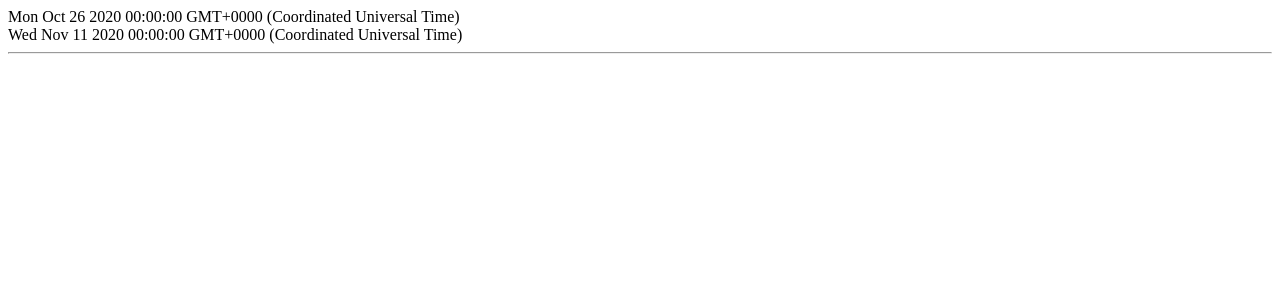
Repository: TeoNogueira/Aulas-Udemy-DevFull-Stack-Por-Jamilton-Damasceno-e-Jorge-Sant-Ana-
Page: public_project/JavaScript/function_native_datas.html
These files come from the project's save history. The page is drawn as it stood at one moment and after a run of saves; the edit follows.
The browser window is 1280 px wide. The pictures show the whole page.

Above is the page before, as saved 2020-10-26 19:58:34.

### public_project/JavaScript/function_native_datas.html
<!DOCTYPE html>
<html lang="PT_BR">
<head>
    <meta charset="UTF-8">
    <meta name="viewport" content="width=device-width, initial-scale=1.0">
    <title>Desafio</title>


    <script class="">

   //     var data = new Date()

   //  document.write(data.getDate())

   //var data = new Date()
// document.write(data.getDate() + '/' + (data.getMonth() + 1 + '/' + data.getFullYear()))

 // adicionar / remover dias

/*
 var data = new Date()

document.write(data.toString())

data.setDate(data.getDate() + 1) // adicionando dias para a data atual

document.write('<hr />')

document.write(data.toString())

document.write('<br />' + '<br />' + '<br />')
// --------------x-----------x-------------x----------------------------------------------------------------




var data = new Date()

document.write(data.toString())

data.setMonth(data.getMonth() + 2) // adicionando meses para a data atual

document.write('<hr />')

document.write(data.toString())

document.write('<br />' + '<br />' + '<br />')
//----------x-----------------------------------------------x----------------------------------x



var data = new Date()

document.write(data.toString())

data.setFullYear(data.getFullYear() + 1) // adicionando dias para a data atual

document.write('<hr />')

document.write(data.toString())

document.write('<br />' + '<br />' + '<br />')
// --------------x-----------x-------------x----------------------------------------------------------------


*/

// 26/10/2020

var data1 = new Date(2020, 9, 26)



// 11/11/2020

var data2 = new Date(2020, 10, 11)


document.write(data1.toString()+ '<br />')
document.write(data2.toString())

document.write('<hr />')
document.write()
// converter datas para algo que possamos calcular ----------------





           </script>



</head>
<body>



  <!----  <script src="./scripts/desafio.js"></script>-- >
</body>
</html>

After the next 2 saves:
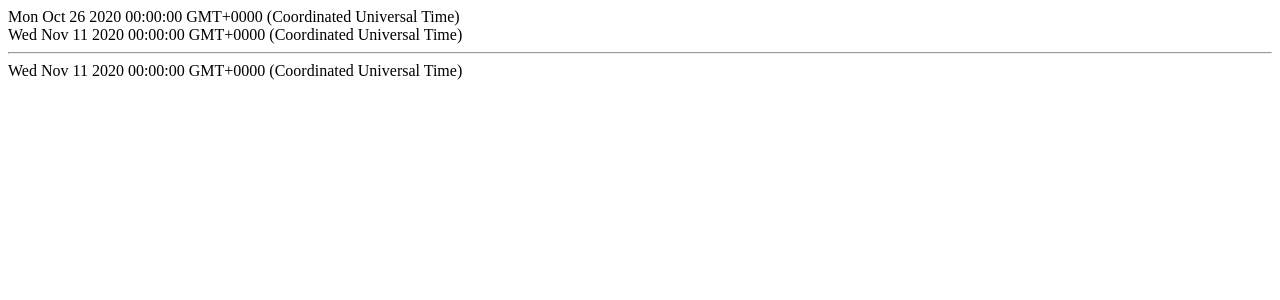
The 2 saves are shown as one change because they came seconds apart.
The last was saved 6 s later.
--- a/public_project/JavaScript/function_native_datas.html
+++ b/public_project/JavaScript/function_native_datas.html
@@ -80,7 +80,7 @@ document.write(data1.toString()+ '<br />')
 document.write(data2.toString())
 
 document.write('<hr />')
-document.write()
+document.write(data2.toString())
 // converter datas para algo que possamos calcular ----------------
 
 
